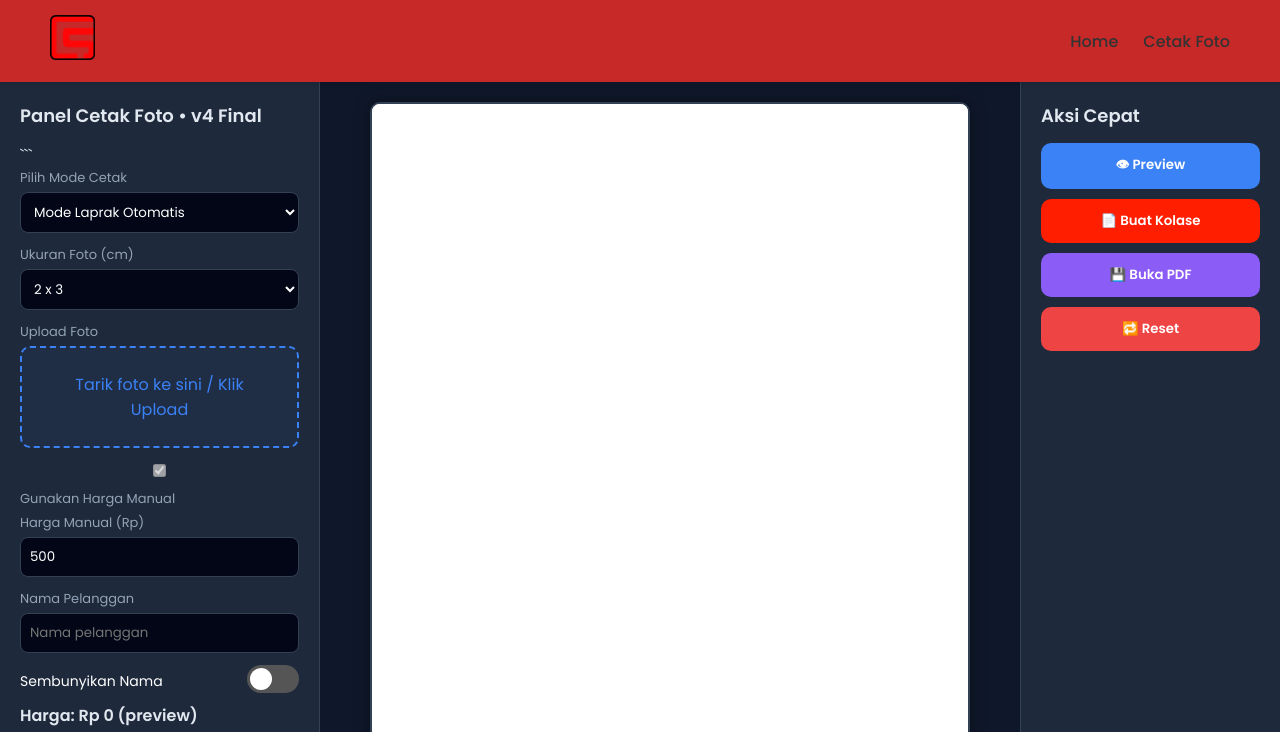
Repository: procinema22/hiisedulurfc
Page: cetakfoto.html
These files come from the project's save history. The page is drawn as it stood at one moment and after the next save; the edit follows.
The browser window is 1280 px wide. The pictures show the whole page.
An inner scrolling area shows only its first screen.

Above is the page before, as saved 2026-04-27 22:13:47.

After the next save:
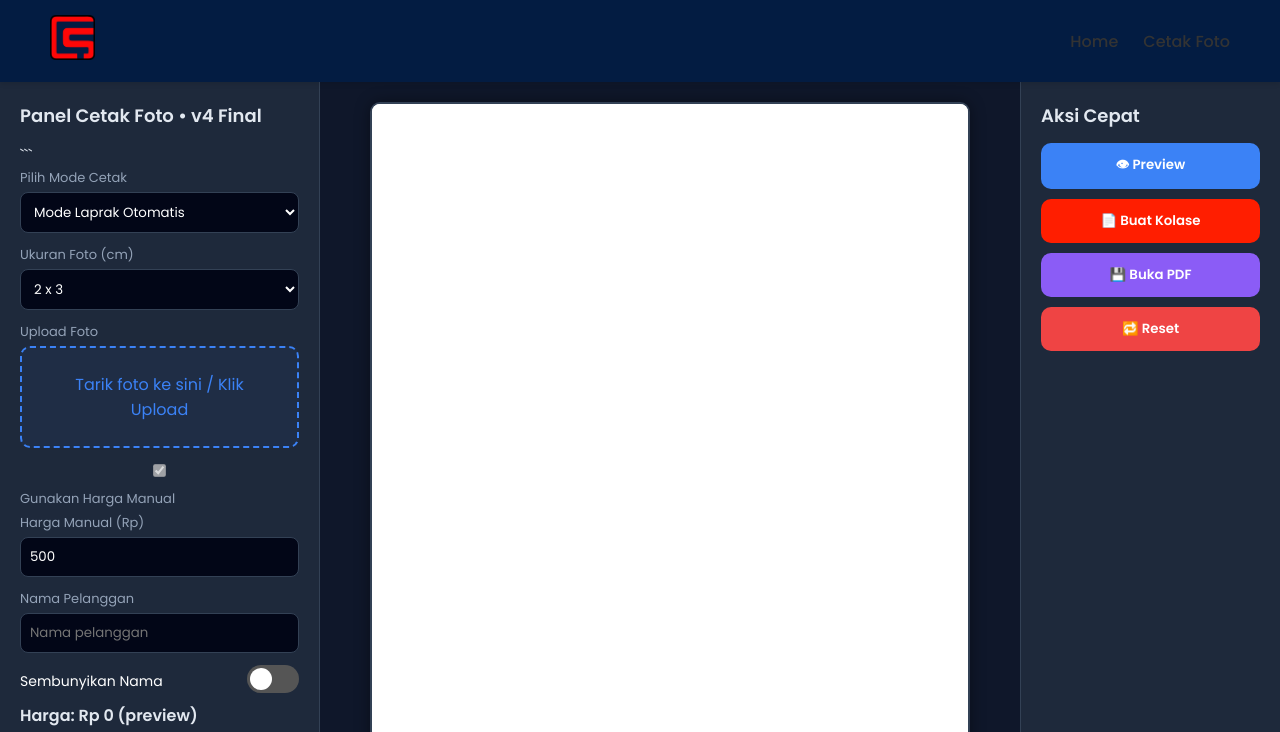
Saved 11 s later.
--- a/css/cetak.css
+++ b/css/cetak.css
@@ -33,7 +33,7 @@ header {
   align-items: center;
   justify-content: space-between;
   padding: 15px 50px;
-  background-color: hwb(0 16% 22%);
+  background-color: hwb(216 1% 74%);
   box-shadow: 0 2px 5px rgba(0,0,0,0.1);
   position: sticky;
   top: 0;
